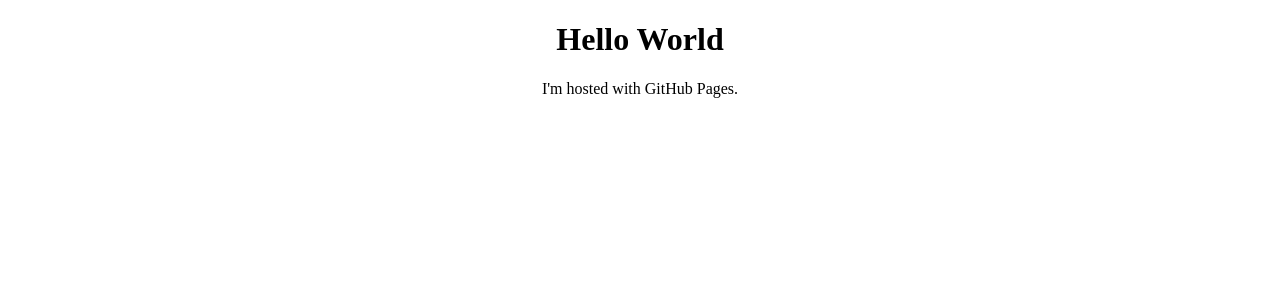
Repository: rickydaricky/rickydaricky.github.io
Page: index.html
An editor plug-in stored every save of this project. The page is shown before and after the next save, followed by the edit.
The browser window is 1280 px wide. The pictures show the whole page.

Above is the page before, as saved 2021-11-21 01:36:30.

After the next save:
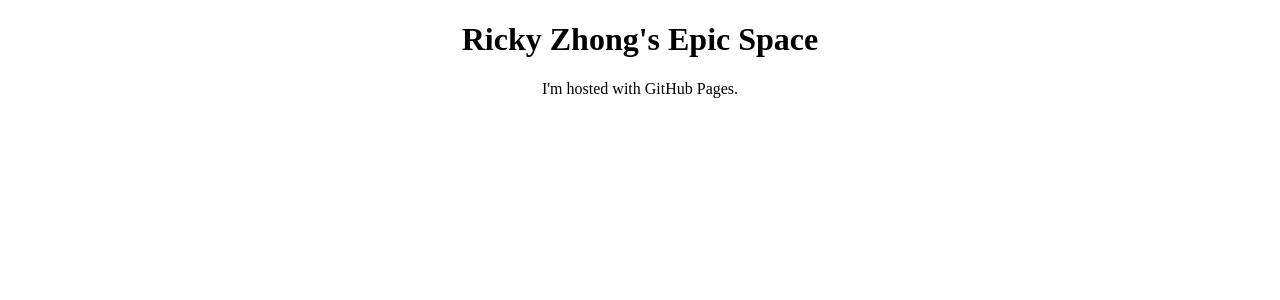
Saved 2 min 31 s later.
--- a/index.html
+++ b/index.html
@@ -1,7 +1,7 @@
 <!DOCTYPE html>
 <html>
 <body>
-<h1 style="text-align:center">Hello World</h1>
+<h1 style="text-align:center">Ricky Zhong's Epic Space</h1>
 <p style="text-align:center">I'm hosted with GitHub Pages.</p>
 </body>
 </html>
